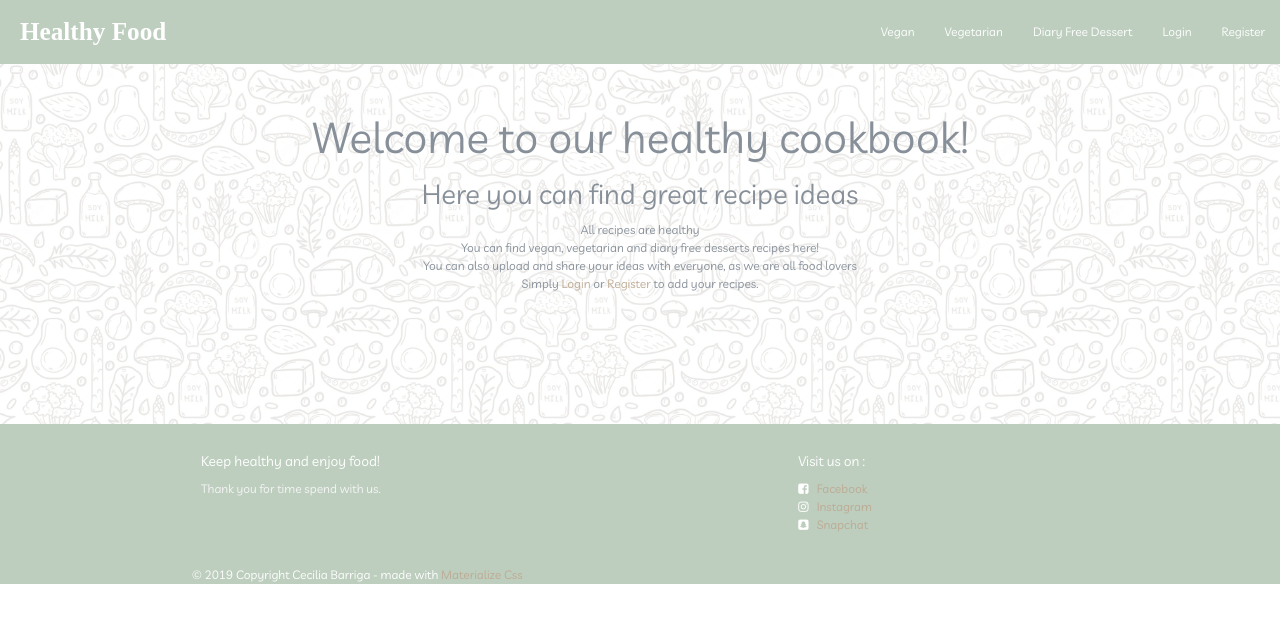
Repository: cesole/cookbook
Page: http://localhost/
The author's editor kept a record of every edit. The page is drawn from the files as they stood at one moment, then again after the next edit.
The browser window is 1280 px wide. The pictures show the whole page.
Some web fonts or font styles are not loaded; a fallback is used. The page is served by the project's application, run on Flask 3 (app.py).

Above is the page before.

### templates/index.html
{% extends 'base.html'%}
{% block content %}
<div class="container-fluid" id="index">
    <h2>Welcome to our healthy cookbook!</h2>
    <h4>Here you can find great recipe ideas</h4>
     <p class="index">All recipes are healthy<br>You can find vegan, vegetarian and diary free desserts recipes here!<br>
                                                    You can also upload and share your ideas with everyone, as we are all food lovers<br>
                                                    Simply <a class="orange-text text-lighten-3" href="{{url_for('login')}}">Login</a> or <a class="orange-text text-lighten-3" href="{{url_for('register')}}">Register</a> to add your recipes.</p>
</div>
{% endblock %}

### templates/base.html
<!DOCTYPE html>
<html lang="en">

<head>
    <meta charset="UTF-8">
    <meta name="viewport" content="width=device-width, initial-scale=1.0">

    <link href="https://fonts.googleapis.com/icon?family=Material+Icons" rel="stylesheet">
    <!-- Compiled and minified CSS -->
    <link rel="stylesheet" href="{{ url_for('static', filename='css/materialize.min.css') }}" type="text/css" />
    <link href="https://stackpath.bootstrapcdn.com/font-awesome/4.7.0/css/font-awesome.min.css" rel="stylesheet" integrity="sha384-wvfXpqpZZVQGK6TAh5PVlGOfQNHSoD2xbE+QkPxCAFlNEevoEH3Sl0sibVcOQVnN" crossorigin="anonymous">
    <link href="https://fonts.googleapis.com/css?family=Livvic|Londrina+Outline&display=swap" rel="stylesheet">
    <link rel="stylesheet" href="{{ url_for('static', filename='css/style.css') }}" type="text/css" />


    <title>Cookbook</title>
</head>

<body class="container-fluid">
    <nav>
        <div class="nav-wrapper">
            <a href="{{url_for('index')}}" class="brand-logo">Healthy Food</a>
            <a href="#" data-target="mobile-demo" class="sidenav-trigger"><i class="material-icons">menu</i></a>
            <ul class="right hide-on-med-and-down">
                {% if session.username %}
                <li>Hello, {{ session.username }}!</li>
                {% endif %}
                <li><a href="{{url_for('vegan')}}">Vegan</a></li>
                <li><a href="{{url_for('vegetarian')}}">Vegetarian</a></li>
                <li><a href="{{url_for('dessert')}}">Diary Free Dessert</a></li>
                {% if not session.username %}
                <li><a href="{{url_for('login')}}">Login</a></li>
                <li><a href="{{url_for('register')}}">Register</a></li>
                {% else %}
                <li><a href="{{url_for('get_my_recipes')}}">My Recipes</a></li>
                <li><a href="{{url_for('logout')}}">Logout</a></li>
                {% endif %}
            </ul>
        </div>
        <ul class="sidenav" id="mobile-demo">
            {% if session.username %}
            <li>Hello, {{ session.username }}!</li>
            {% endif %}
            <li><a href="{{url_for('vegan')}}">Vegan</a></li>
            <li><a href="{{url_for('vegetarian')}}">Vegetarian</a></li>
            <li><a href="{{url_for('dessert')}}">Diary Free Dessert</a></li>
            {% if not session.username %}
            <li><a href="{{url_for('login')}}">Login</a></li>
            <li><a href="{{url_for('register')}}">Register</a></li>
            {% else %}
            <li><a href="{{url_for('get_my_recipes')}}">My Recipes</a></li>
            <li><a href="{{url_for('logout')}}">Logout</a></li>
            {% endif %}
        </ul>
    </nav>

    <div class="container-fluid">
        <main style="background-image: url({{ url_for('static', filename='images/background2.jpg') }}); background-size: contain; ">{% block content %}{% endblock %}</main>
    </div>

    <footer class="page-footer">
        <div class="container">
            <div class="row">
                <div class="col l6 s12">
                    <h6 class="white-text">Keep healthy and enjoy food!</h6>
                    <p class="grey-text text-lighten-4">Thank you for time spend with us.</p>
                </div>
                <div class="col l4 offset-l2 s12">
                    <h6 class="white-text">Visit us on :</h6>
                    <ul>
                        <li><i class="fa fa-facebook-square"></i><a class="social-media" href="https://www.facebook.com/" target="_blank">Facebook</a></li>
                        <li><i class="fa fa-instagram"></i><a class="social-media" href="https://www.instagram.com/" target="_blank">Instagram</a></li>
                        <li><i class="fa fa-snapchat-square"></i><a class="social-media" href="https://www.snapchat.com/" target="_blank">Snapchat</a></li>
                    </ul>
                </div>
            </div>
            <div class="copyright">
                <div class="row">
                    © 2019 Copyright Cecilia Barriga - made with <a class="orange-text text-lighten-3" href="https://materializecss.com/" target="_blank">Materialize Css</a>
                </div>
            </div>
        </div>
    </footer>


    <script src="https://code.jquery.com/jquery-3.3.1.slim.min.js" integrity="sha384-q8i/X+965DzO0rT7abK41JStQIAqVgRVzpbzo5smXKp4YfRvH+8abtTE1Pi6jizo" crossorigin="anonymous"></script>
    <!-- Compiled and minified JavaScript -->
    <script src="https://cdnjs.cloudflare.com/ajax/libs/materialize/1.0.0/js/materialize.min.js"></script>

    <script>
        $(document).ready(function() {
            $('.sidenav').sidenav();
            $('.parallax').parallax();
            $('.carousel').carousel();
            $('.slider').slider();
            $('select').formSelect();
        });
    </script>

</body>

</html>

### app.py
import os
from flask import Flask, render_template, flash, redirect, request, url_for, session, make_response, current_app
from flask_pymongo import PyMongo
import pymongo
from pymongo import MongoClient
from bson.objectid import ObjectId
import json
from datetime import datetime
from functools import update_wrapper


app = Flask(__name__)
app.config["MONGO_DBNAME"] = 'cook_book'
app.config["MONGO_URI"] = os.getenv('MONGO_URI', 'mongodb://localhost')
app.config['SECRET_KEY'] = "cooking_book"


mongo = PyMongo(app)




@app.route('/')
@app.route('/index')
def index():
    return render_template('index.html')

@app.route('/vegan')
def vegan():
    return render_template('vegan.html',
                            meals=mongo.db.meals.find())

@app.route('/vegetarian')
def vegetarian():
    return render_template('vegetarian.html',
                            meals=mongo.db.meals.find())

@app.route('/dessert')
def dessert():
    return render_template('dessert.html',
                            meals=mongo.db.meals.find())

@app.route('/login', methods=["POST", "GET"])
def login():
    users = mongo.db.users
    login_user = users.find_one({"username" : request.form.get("username", False)})
    if login_user:
        if (request.form['pass']) == login_user['password']:
            session['username'] = request.form['username']
            return redirect(url_for('index'))
        flash('Invalid username/password combination')

    return render_template('login.html')




@app.route('/register', methods=["POST", "GET"])
def register():
    if request.method == "POST":
        users = mongo.db.users
        existing_user = users.find_one({"username" : request.form['username']})
        if existing_user is None:
            users.insert({'username' : request.form['username'],
                            'password' : request.form['pass']
            })
            session['username'] = request.form['username']
            return redirect(url_for('index'))
        flash("Username already exist! Try again!")
    return render_template('register.html')


@app.route('/get_my_recipes', methods=['GET', 'POST'])
def get_my_recipes():
    if not 'username' in session:
        return redirect('/login')
    else:
        meals = mongo.db.meals.find()
        return render_template('user_recipes.html',
                           user=session['username'],
                        meals=meals)

@app.route('/add_recipe')
def add_recipe():
    return render_template('add_recipe.html',
                            categories=mongo.db.categories.find(),
                            meals=mongo.db.meals.find())


@app.route('/insert_recipe', methods=['POST'])
def insert_recipe():
    meals =  mongo.db.meals
    meals.insert_one(request.form.to_dict())
    return render_template('user_recipes.html',
    categories=mongo.db.categories.find(),
                            meals=mongo.db.meals.find())


@app.route('/delete_recipe/<meal_id>')
def delete_recipe(meal_id):
    mongo.db.meals.remove({'_id': ObjectId(meal_id)})
    return redirect(url_for('get_my_recipes'))


@app.route('/edit_recipe/<meal_id>')
def edit_recipe(meal_id):
    the_meal =  mongo.db.meals.find_one({"_id": ObjectId(meal_id)})
    all_categories =  mongo.db.categories.find()
    return render_template('edit_recipe.html', meal=the_meal,
                           categories=all_categories)


@app.route('/update_recipe/<meal_id>', methods=["POST"])
def update_recipe(meal_id):
    meals = mongo.db.meals
    meals.update( {'_id': ObjectId(meal_id)},
    {
        'dish_name':request.form.get('dish_name'),
        'category_name':request.form.get('category_name'),
        'dish_description': request.form.get('dish_description'),
        'ingredient_one': request.form.get('ingredient_one'),
        'ingredient_two': request.form.get('ingredient_two'),
        'ingredient_three': request.form.get('ingredient_three'),
        'ingredient_four': request.form.get('ingredient_four'),
        'ingredient_five': request.form.get('ingredient_five'),
        'ingredient_six': request.form.get('ingredient_six'),
        'step_one': request.form.get('step_one'),
        'step_two': request.form.get('step_two'),
        'step_three': request.form.get('step_three'),
        'step_four': request.form.get('step_four'),
        'step_five': request.form.get('step_five'),
        'step_six': request.form.get('step_six'),
        'image': request.form.get('image'),
        'cook_time': request.form.get('cook_time'),
        'prep_time': request.form.get('prep_time'),
        'author': request.form.get('author')
    })
    return redirect(url_for('get_my_recipes'))



@app.route('/logout')
def logout():
    session.clear()
    return redirect(url_for('index'))

@app.route('/recipe/<meal_id>', methods=['GET', 'POST'])
def recipe(meal_id):
    the_meal =  mongo.db.meals.find_one({"_id": ObjectId(meal_id)})
    return render_template('recipe.html', meal=the_meal)


if __name__ == '__main__':
    app.run(host=os.environ.get('IP'),
            port=int(os.environ.get('PORT')),
            debug=True)

### static/css/style.css
#index {
    color: #878f99;
    text-align: center;
}

#index h2 {
    font-size: 3.56rem;
    line-height: 110%;
    margin: 0 !important;
    padding-top: 50px;
}

nav .nav-wrapper {
    position: relative;
    height: 100%;
    background-color: #bdcebe !important;
    color: white;
}

.index-container {
    margin-left: 30px;
    color: #878f99;
}

.brand-logo {
    font-family: 'Londrina Outline', cursive;
    font-weight: bold;
    margin-left: 20px;
}

html {
    font-family: 'Livvic', sans-serif;
}

.description {
    font-size: 1.5rem;
}

main {
    min-height: 50vh;
}

form {
    margin-top: 50px;
}

.meals {
    padding-top: 50px;
}

span.card-title {
    background-color: #d68d057a;
    width: 100%;
    padding: 10px !important;
}

.card-content {
    height: 100px;
}

/* Caption styles */

.caption {
    background-color: rgba(0, 0, 0, 0.1);
}

/* parallax styles */
.grey-text.text-darken-3 {
    color: white !important;
    text-align: center;
}

.font-grey {
    color: #878f99;
}

.header {
    color: #878f99;
    text-align: center;
}


.brown-text {
    color: #bdaa93 !important;
}


/* end of style */



/* end of styles */

.input-field label {
    color: black;
}

.input-field input[type=text],
.input-field input[type=password],
.input-field input[type=email]{
    border-bottom: 1px solid black;
    box-shadow: 0 1px 0 0 black;
}

.switch label {
    color: black;
}

textarea.materialize-textarea {
    border-bottom: 1px solid black;
    box-shadow: 0 1px 0 0 black;
}

label.active {
    color: #000000 !important;
    font-size: 18px !important;
}


.page-footer {
    padding-top: 20px;
    color: #fff;
    background-color: #bdcebe !important;
}

img.responsive-img {
    max-width: 70%;
    height: auto;
}


.flashes {
    text-align: center;
    font-size: 2rem;
}


.orange-text.text-lighten-3 {
    color: #bdaa93 !important;
}

.social-media {
    color: #bdaa93;
    margin-left: 8px;
}


/* MEDIA STYLE */

@media (max-width: 768px) {
    nav .brand-logo {
        font-size: 1rem;
    }
}

@media only screen and (min-width: 992px) {
html {
    font-size: 12px;
}

Loaded but not shown: static/css/materialize.min.css (library)

After the next edit:
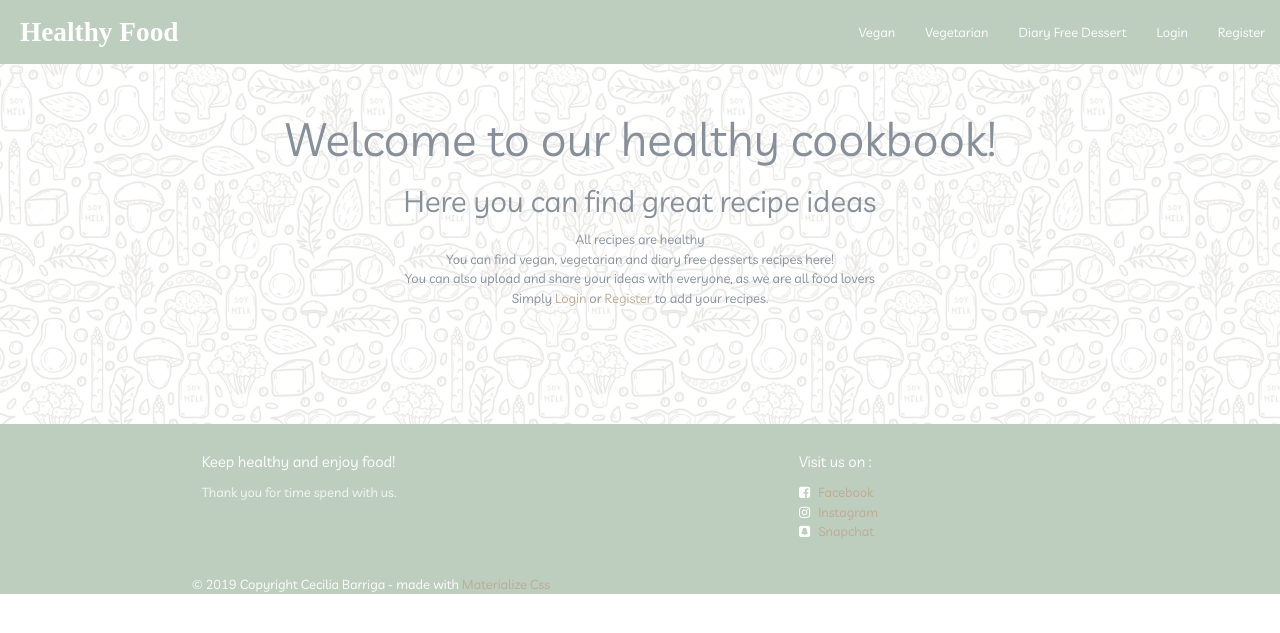
The edit:
--- a/static/css/style.css
+++ b/static/css/style.css
@@ -155,5 +155,6 @@
 
 @media only screen and (min-width: 992px) {
 html {
-    font-size: 12px;
+    font-size: 13px;
 }
+}
